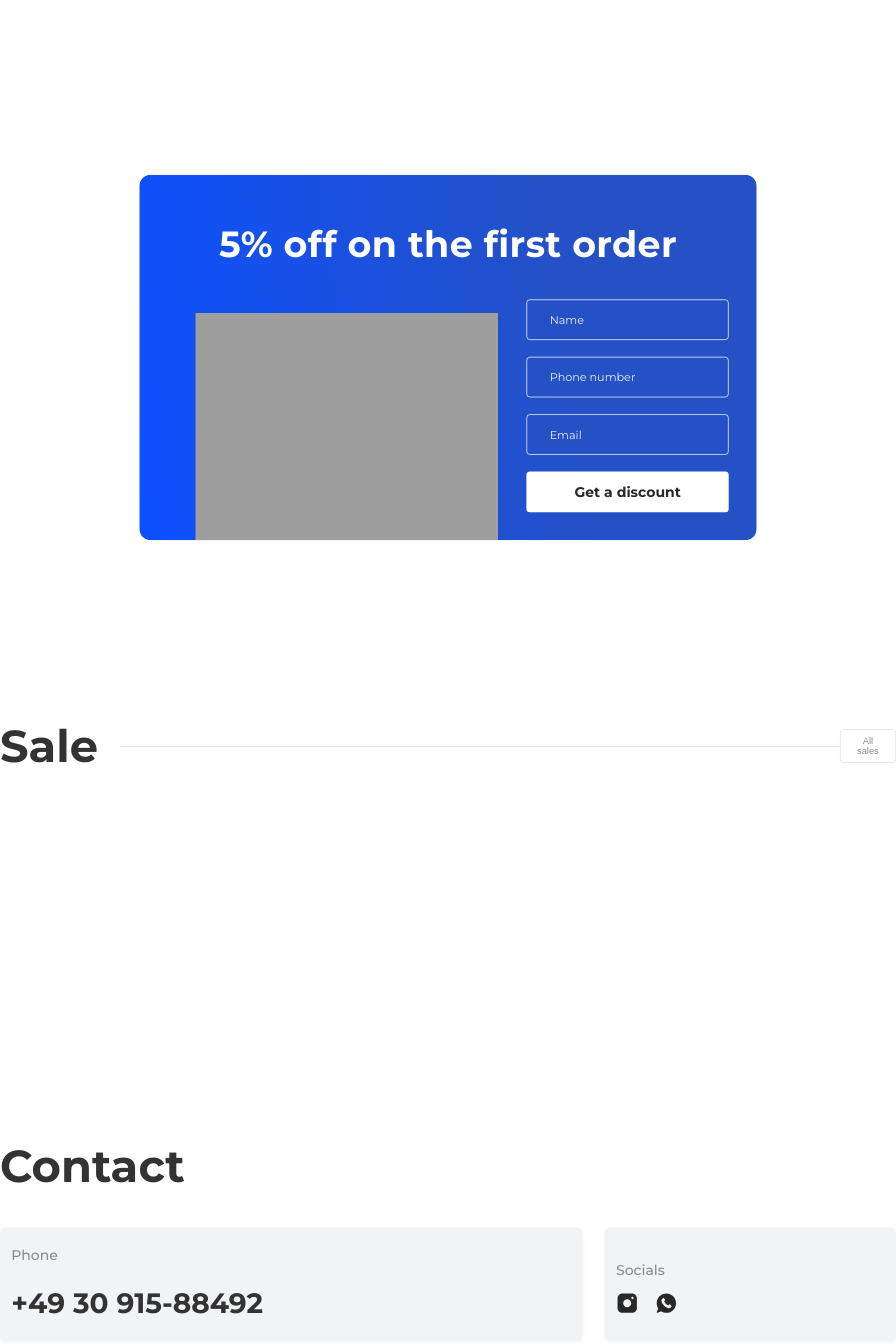
Repository: jursylian/PET-INTERNET-SHOP-PROJECT
Page: /
The author's editor kept a copy of each file at every save. The page is drawn from the files as they stood at one save, then again after the next save.
The browser window is 1280 px wide. The pictures show the part of the page from y = 1284 to 3204 px (the page is 3846 px tall before and 3881 px after), at 70% of full size.
Pictures or frames that could not be fetched are drawn as grey boxes. The page's requests for data from a server got no answer. The project was rebuilt for these pictures with package versions that can differ from the ones it lists, and the page was loaded fresh each time. No one was signed in, and anything a server would have sent is missing. Also part of the build but not shown: vite.config.js, src/pages/CategoriesAll/CategoriesAll.module.css, src/layouts/PageSection/PageSection.module.css, src/layouts/PageSection/PageSection.jsx, src/pages/CategoriesAll/CategoriesAll.jsx, src/redux/productsSelectors.js, src/components/ProductFilter/ProductFilter.module.css, src/components/ProductFilter/ProductFilter.jsx and 22 more.

Above is the page before, as saved 2025-11-06 18:17:28.

After the next save:
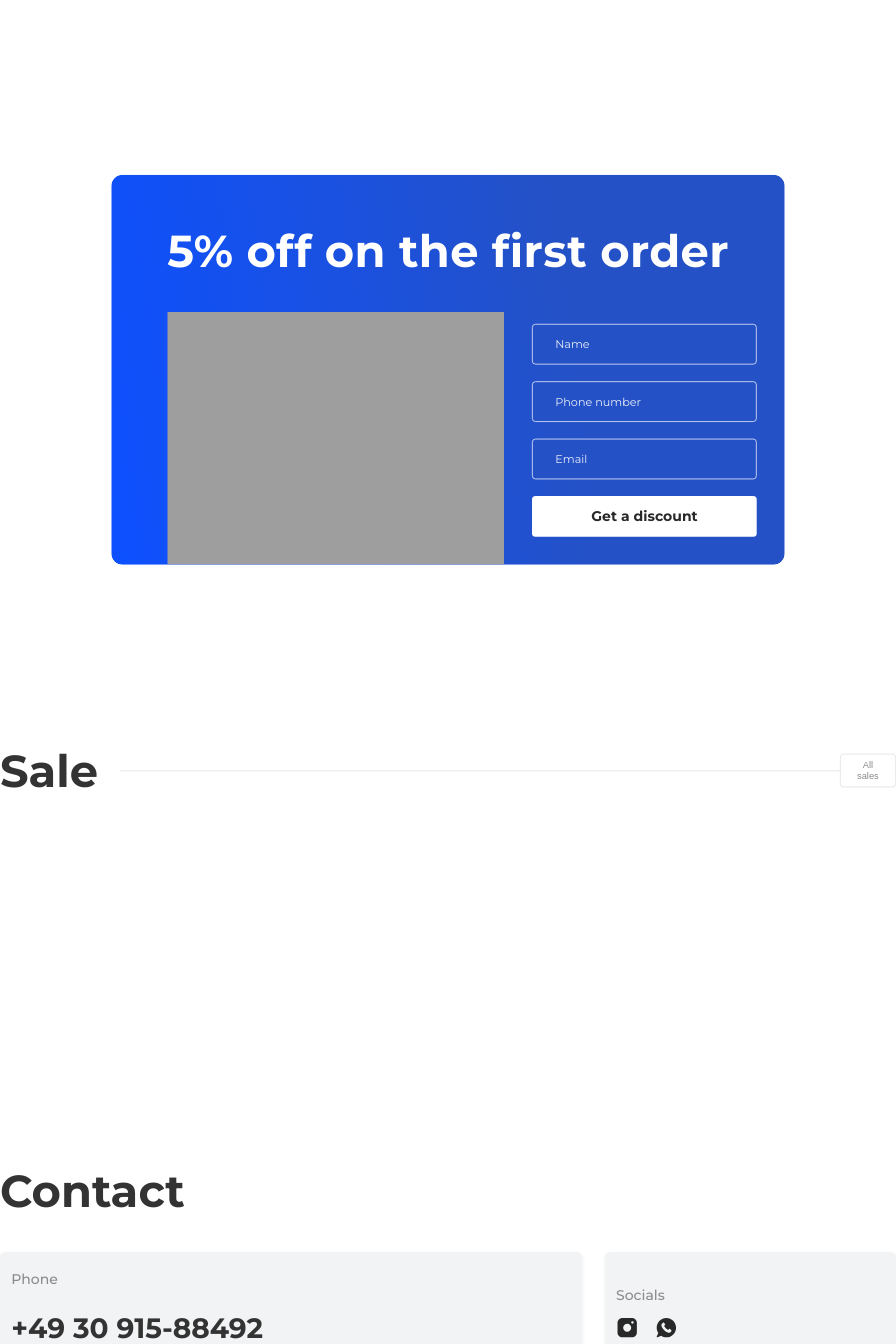
Saved 39 s later.
--- a/src/components/DiscountForm/DiscountForm.module.css
+++ b/src/components/DiscountForm/DiscountForm.module.css
@@ -20,7 +20,7 @@
 .title {
   color: #ffffff;
   font-weight: 800;
-  font-size: 52px;
+  font-size: 64px;
   text-align: center;
   margin-bottom: 40px;
   letter-spacing: 0.5px;
